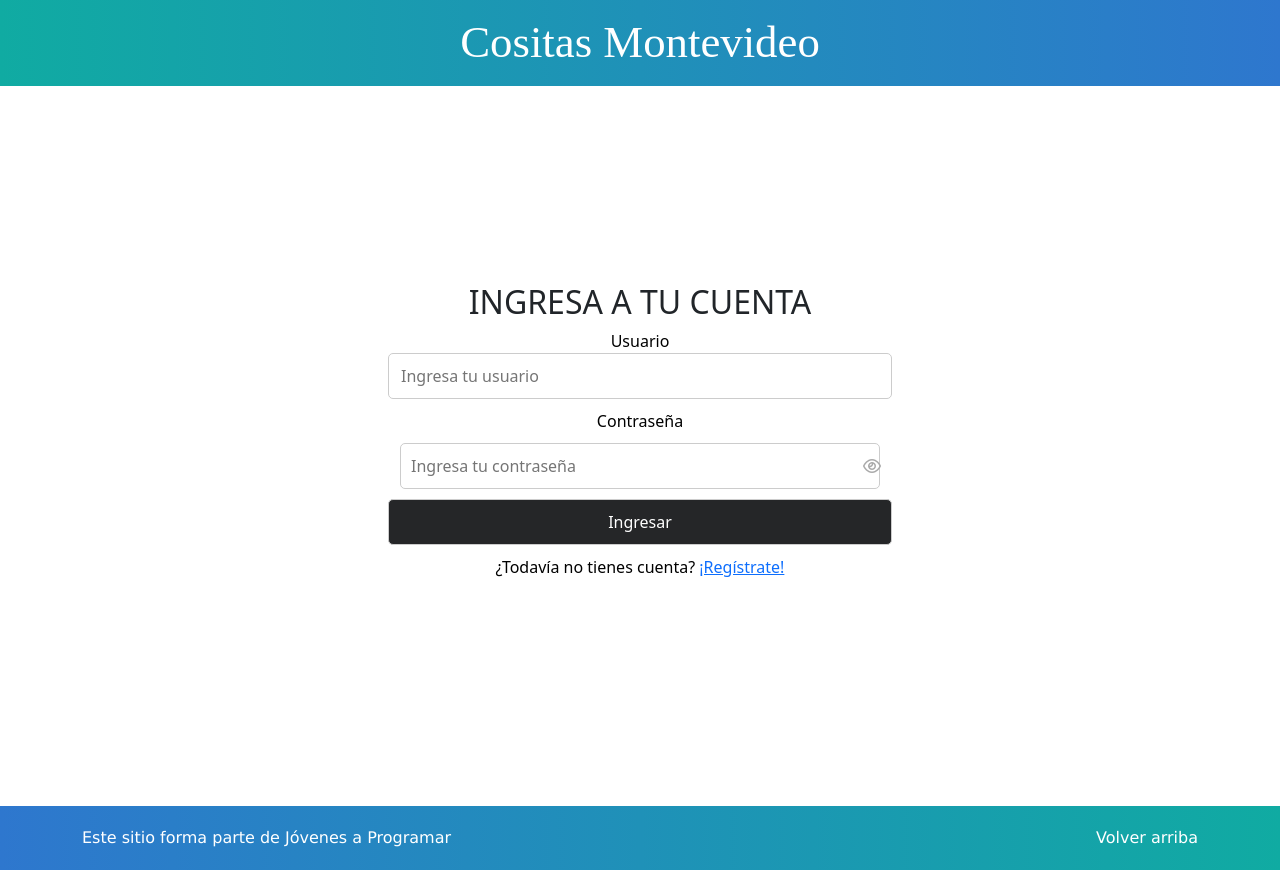
Repository: naticab/proyecto-dw
Page: login.html
An editor plug-in stored every save of this project. The page is shown before and after the next save, followed by the edit.
The browser window is 1280 px wide. The pictures show the whole page.
Some web fonts or font styles are not loaded; a fallback is used.

Above is the page before, as saved 2024-10-22 22:20:37.

After the next save:
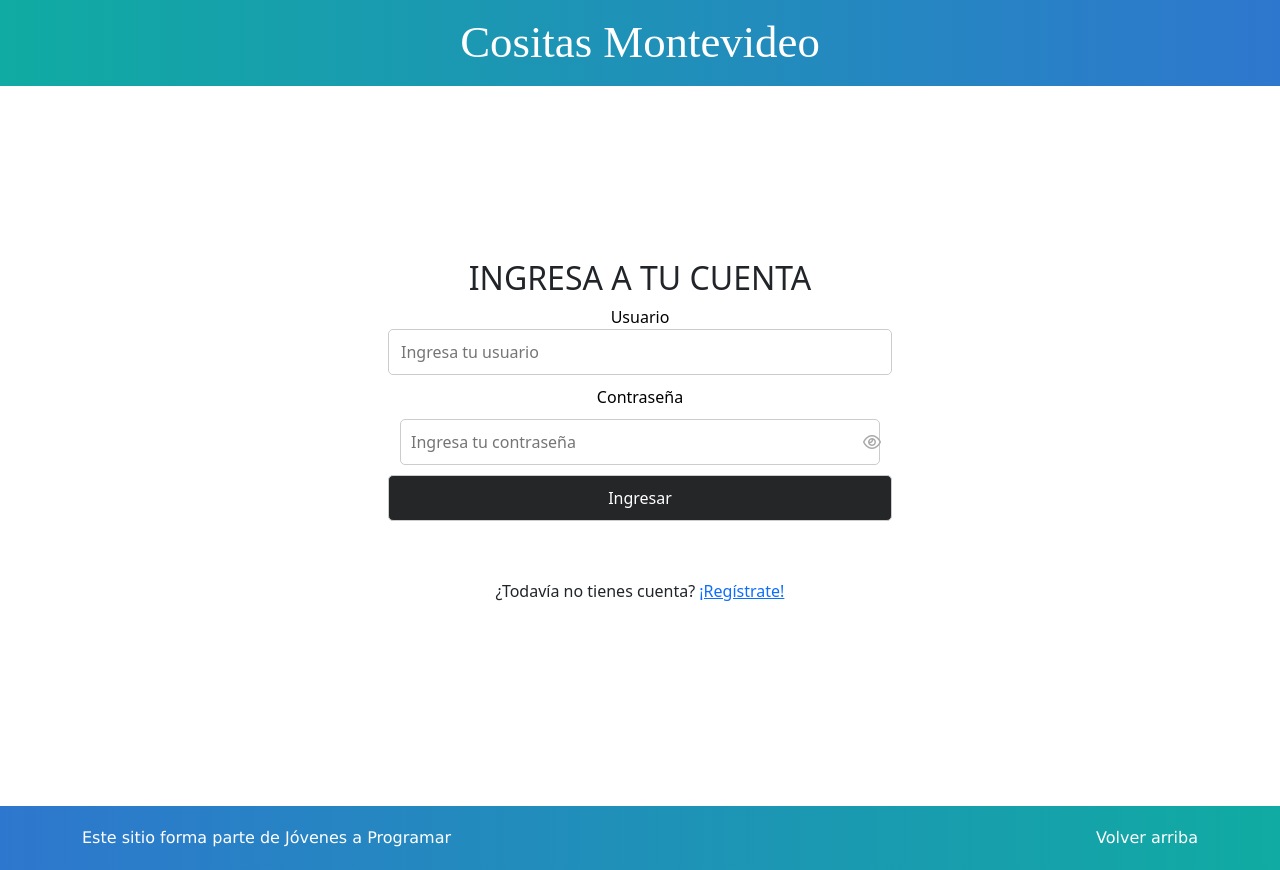
Saved 12 s later.
--- a/login.html
+++ b/login.html
@@ -39,9 +39,10 @@
         </div>
 
         <button type="submit" id="button">Ingresar</button>
-        <br><br>
-        <div>¿Todavía no tienes cuenta? <a href="registration.html">¡Regístrate!</a></div>
       </form>
+      <br><br>
+      <div>¿Todavía no tienes cuenta? <a href="registration.html">¡Regístrate!</a></div>
+
     </div>
 
 

After the save that followed:
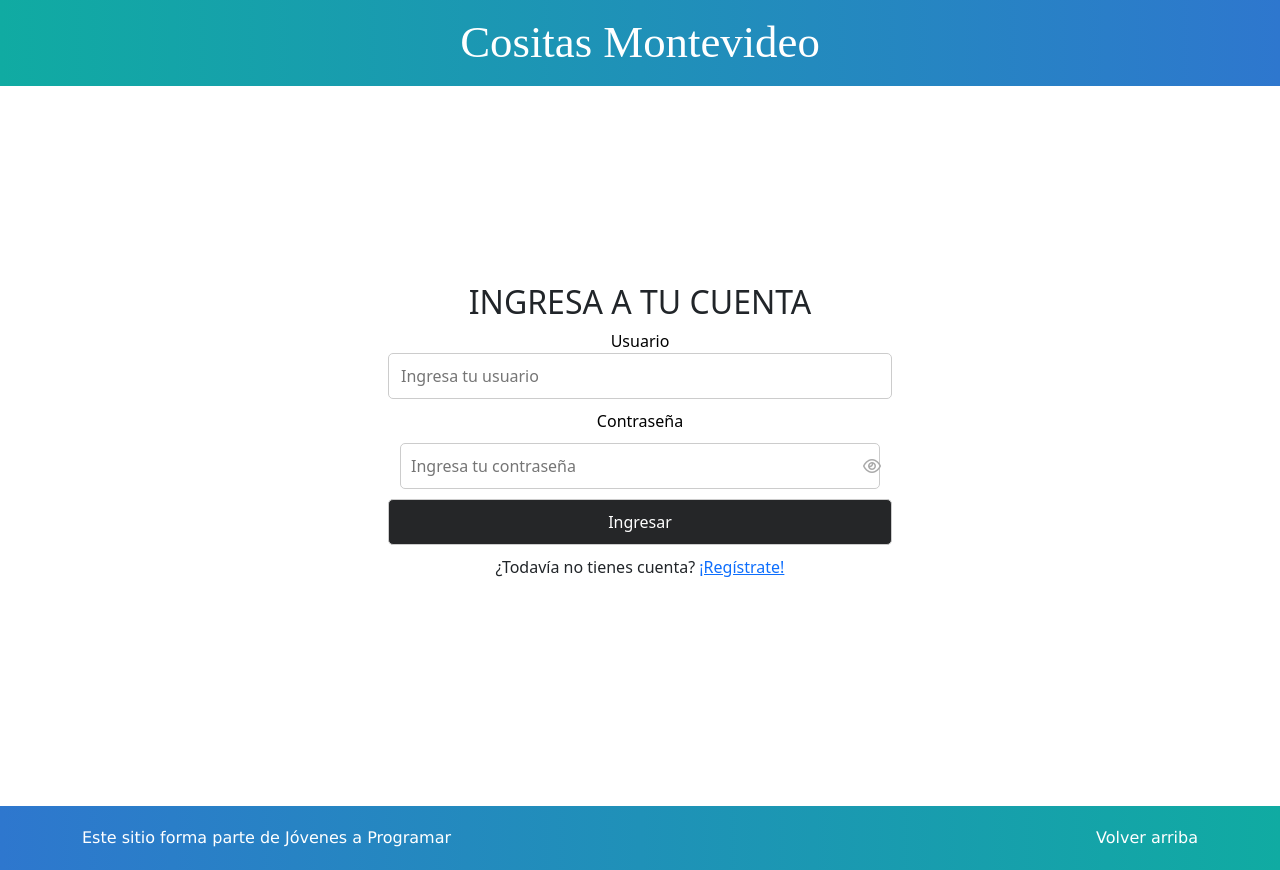
Saved 20 s later.
--- a/login.html
+++ b/login.html
@@ -40,7 +40,6 @@
 
         <button type="submit" id="button">Ingresar</button>
       </form>
-      <br><br>
       <div>¿Todavía no tienes cuenta? <a href="registration.html">¡Regístrate!</a></div>
 
     </div>
